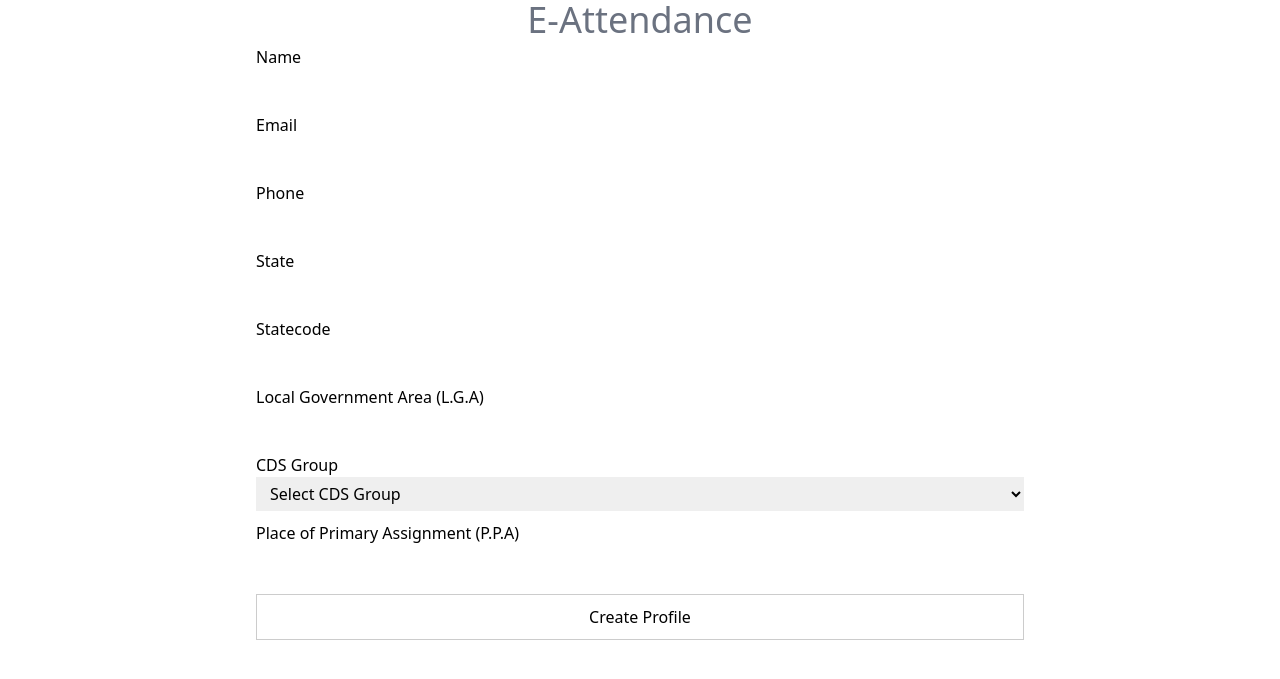
Repository: latenightsnacc/attendance-sheet
Page: / (app in docs/client/)
These files come from the project's save history. The page is drawn as it stood at one moment and after the next save; the edit follows.
The browser window is 1280 px wide. The pictures show the whole page.
The project was rebuilt for these pictures with package versions that can differ from the ones it lists, and the page was loaded fresh each time. Also part of the build but not shown: docs/client/src/List.js.

Above is the page before, as saved 2022-01-21 11:29:46.

After the next save:
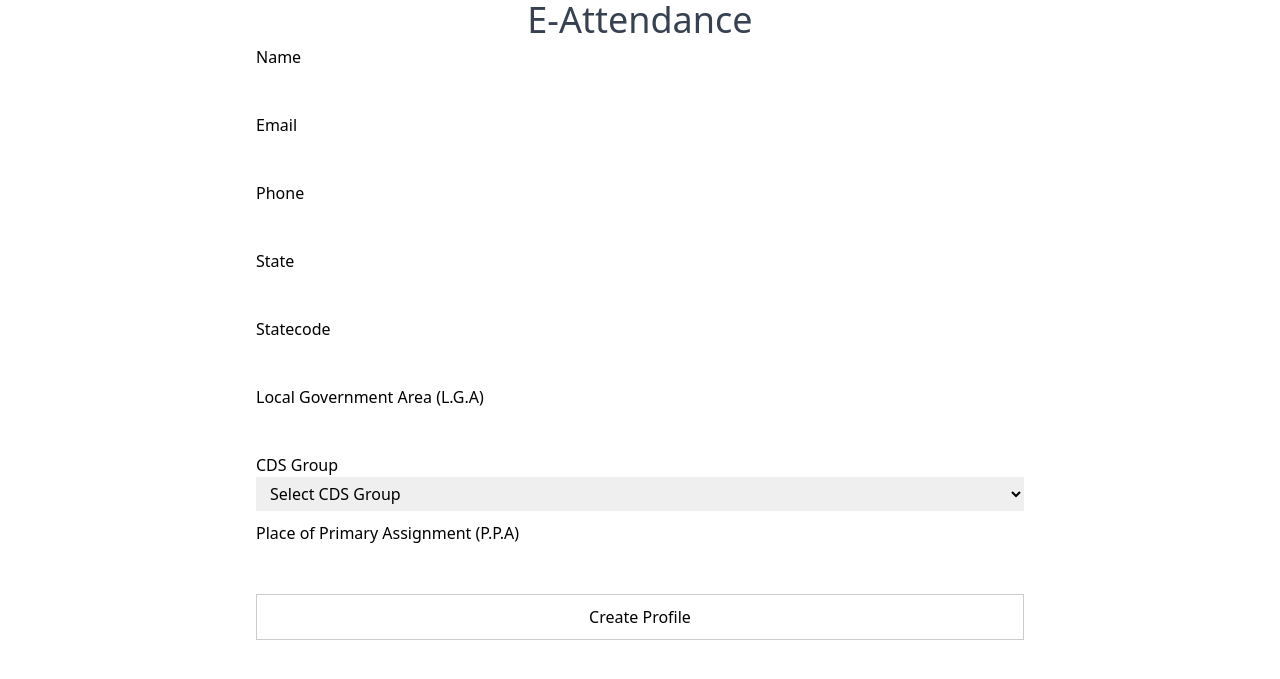
Saved 10 s later.
--- a/docs/client/src/App.js
+++ b/docs/client/src/App.js
@@ -47,7 +47,7 @@ function App() {
 
   return (
     <div className="App">
-      <h1 className='text-4xl text-gray-500'>E-Attendance</h1>
+      <h1 className='text-4xl text-gray-700'>E-Attendance</h1>
       <form onSubmit={createProfile} className="form">
           <div className="form-group">
             <label for="name">Name</label>
